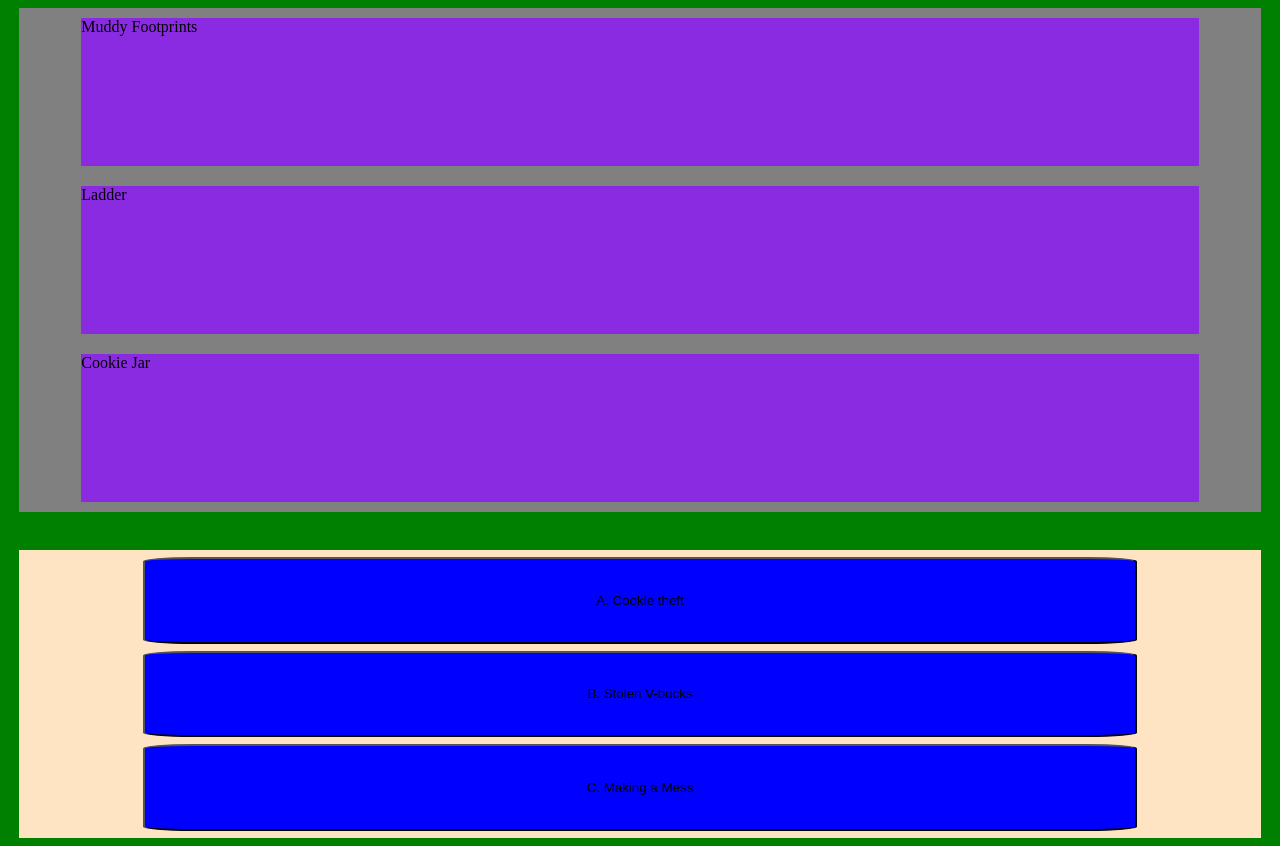
Repository: nguyenlejoe/Dynamic_notSoSherlock
Page: Alex Inductive Thinking/MultiChoice.html
The author's editor kept a copy of each file at every save. The page is drawn from the files as they stood at one save, then again after the next save.
The browser window is 1280 px wide. The pictures show the whole page.

Above is the page before, as saved 2020-03-05 21:07:20.

### Alex Inductive Thinking/MultiChoice.html
<!DOCTYPE html>
<html>
    <head>
        <title>Inductive Thinking</title>
        <link rel="stylesheet" href="MultiChoice.css">
    </head>
    <body>
        <div id="app">
            <div id="crimeScene">
                <div class="evidence" id="clue1" onclick="displayClue1()"></div>
                <div class="evidence" id="clue2" onclick="displayClue2()"></div>
                <div class="evidence" id="clue3" onclick="displayClue3()"></div>
            </div>
            <div id="multiChoice">
                <button class="InductiveChoice" id="buttonA">Choice 1</button>
                <button class="InductiveChoice" id="buttonB">Choice 2</button>
                <button class="InductiveChoice" id="buttonC">Choice 3</button>
        </div>
        </div>
        <script src="MultiChoice.js"></script>
    </body>

</html>

### Alex Inductive Thinking/MultiChoice.css

body{
    background-color: green;
}
#app{
    display: flex;
    flex-direction: column;
    align-items: center;
}

#crimeScene{
    display: flex;
    flex-direction: column;
    height: 70vh;
    width: 97vw;
    background-color: grey;
    justify-content: center;
    align-items: center;

}
.evidence{
    width: 90%;
    height: 300px;
    background-color: blueviolet;
    margin: 10px;
}





#multiChoice{
    background-color:bisque;
    width: 97vw;
    height: 40vh;
    margin-top: 3%;
    display: flex;
    flex-direction: column;
    justify-content: space-evenly;
    justify-items: center;
    align-items: center;
}

.InductiveChoice{
    width: 80%;
    height: 30%;
    background-color: blue;
    border-radius: 05%;
}

### Alex Inductive Thinking/MultiChoice.js

///////////////////////////  OBJECTS  /////////////////////////
var Clues =[
    {
    item: "Muddy Footprints",
    description: "It seems like the culprit left muddy footprints upon the floor! ",
    multiChoice: [
        "A. Cookie theft",
        "B. Stolen V-bucks",
        "C. Making a Mess",
       ],

    },

    {
        item: "Ladder",
        description: "I'm curious as to why is this ladder next to the counter!",
        multiChoice: [
            "A. Cookie theft",
            "B. Stolen V-bucks",
            "C. Making a Mess",
           ],
    },

    {
        item: "Cookie Jar",
        description: " Hmmm intriguing, this cookie jar seems rather empty I wonder where all the cookies went? ",
        multiChoice: [
            "A. Cookie theft",
            "B. Stolen V-bucks",
            "C. Making a Mess",
           ],
    }
]
   /* var multiChoice = [
        {a: "Cookie theft"},
        {b: "Stolen V-bucks"},
        {c: "Making a Mess"},
    ],
] */
///////////////////////////  MULTI CHOICE QUESTION  /////////////////////////


function addChoices(){
    document.querySelector("#buttonA").innerHTML =  Clues[0].multiChoice[0];
    document.querySelector("#buttonB").innerHTML =  Clues[0].multiChoice[1];
    document.querySelector("#buttonC").innerHTML =  Clues[0].multiChoice[2];
}
addChoices();


///////////////////////////  ADDING CLUES  /////////////////////////


function addClues(){
    document.querySelector("#clue1").innerHTML = Clues[0].item;
    document.querySelector("#clue2").innerHTML = Clues[1].item;
    document.querySelector("#clue3").innerHTML = Clues[2].item;
}
addClues()

///////////////////////////  CLUE DETAIL DISPLAY  /////////////////////////

function displayClue1(){
    alert(Clues[0].description);
}

function displayClue2(){
    alert(Clues[1].description);
}

function displayClue3(){
    alert(Clues[2].description);
}

After the next save:
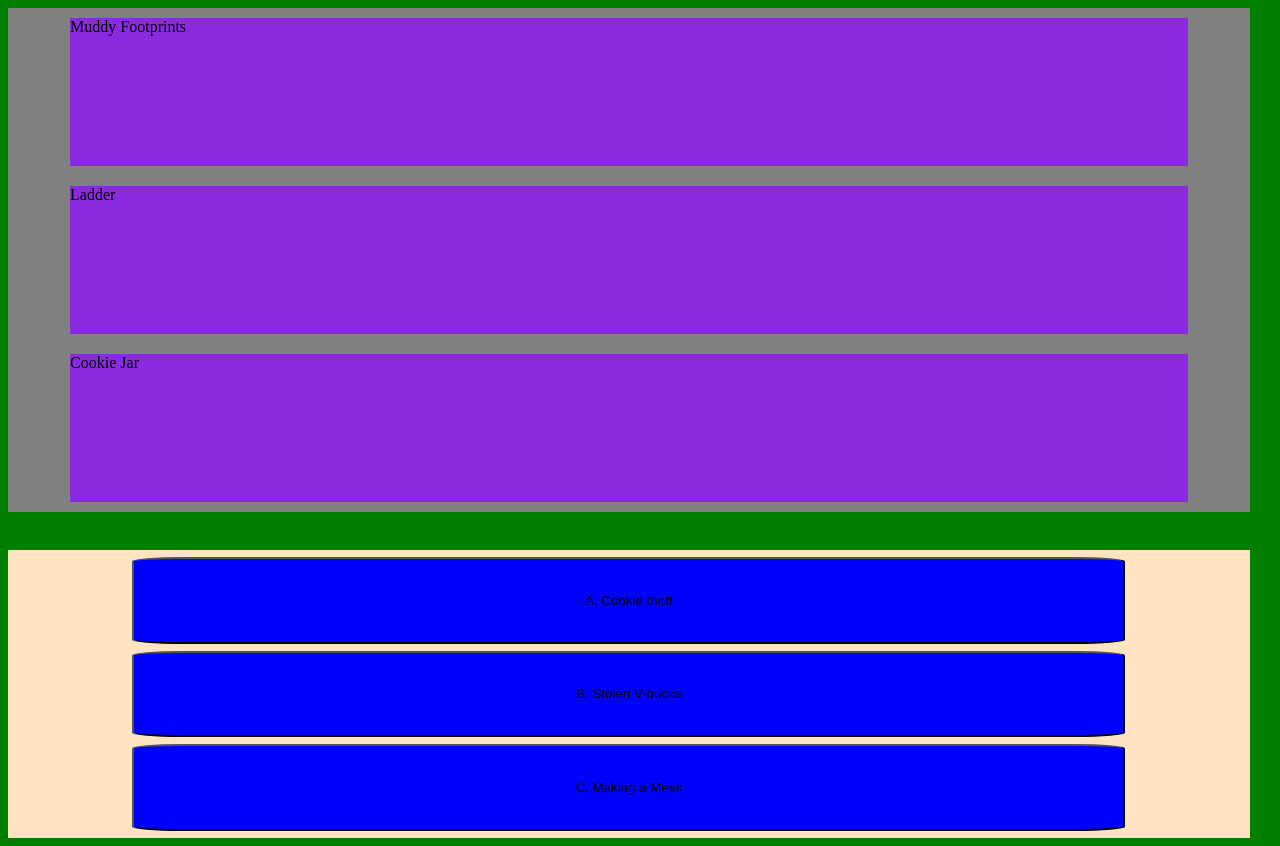
Saved 19 h 41 min later.
--- a/Alex Inductive Thinking/MultiChoice.html
+++ b/Alex Inductive Thinking/MultiChoice.html
@@ -5,7 +5,7 @@
         <link rel="stylesheet" href="MultiChoice.css">
     </head>
     <body>
-        <div id="app">
+        <div id="clueStage">
             <div id="crimeScene">
                 <div class="evidence" id="clue1" onclick="displayClue1()"></div>
                 <div class="evidence" id="clue2" onclick="displayClue2()"></div>

After the save that followed:
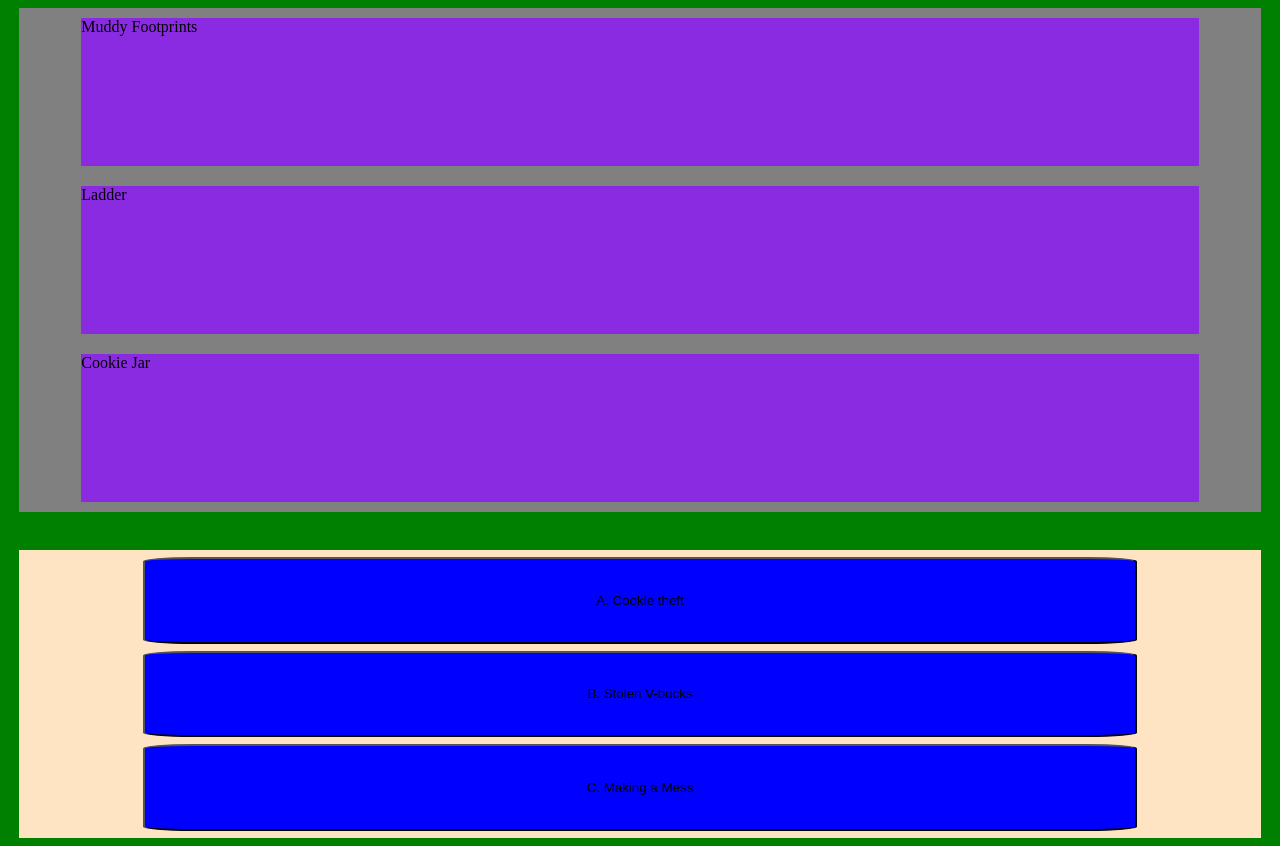
Saved 1 s later.
--- a/Alex Inductive Thinking/MultiChoice.css
+++ b/Alex Inductive Thinking/MultiChoice.css
@@ -2,7 +2,7 @@
 body{
     background-color: green;
 }
-#app{
+#clueStage{
     display: flex;
     flex-direction: column;
     align-items: center;
